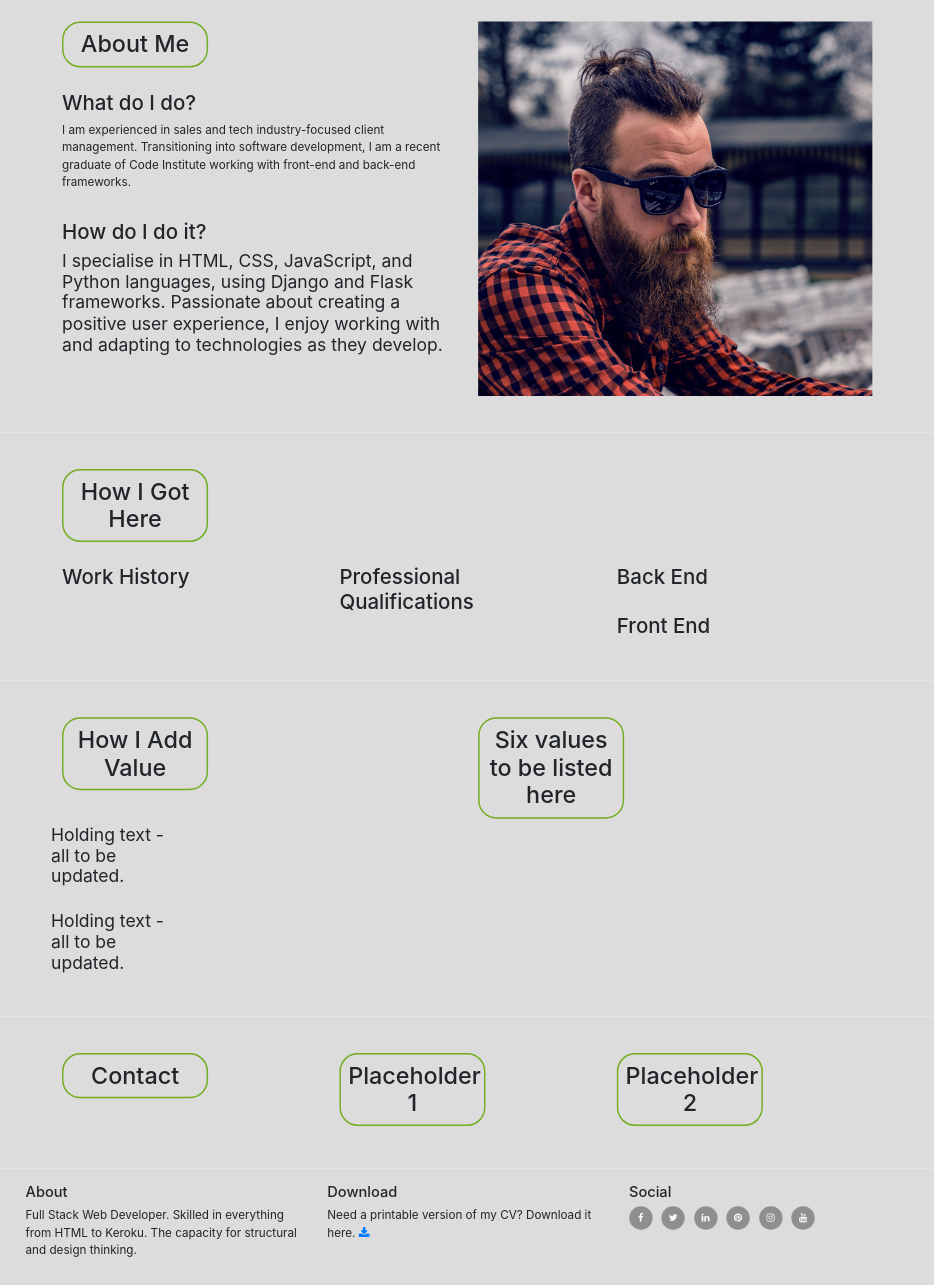
Repository: tenerim/first-milestone
Page: index.html
The author's editor kept a record of every edit. The page is drawn from the files as they stood at one moment, then again after the next edit.
The browser window is 1280 px wide. The pictures show the part of the page from y = 1257 to 3018 px (the page is 3018 px tall), at 73% of full size.
A picture or video elsewhere on the page could not be fetched, so the positions and the page height are approximate.

Above is the page before.

### index.html
<!DOCTYPE html>
<html lang="en">

<head>
    <meta charset="UTF-8">
    <meta name="viewport" content="width=device-width, initial-scale=1.0">
    <meta http-equiv="X-UA-Compatible" content="ie=edge">
    <link rel="stylesheet" href="https://stackpath.bootstrapcdn.com/bootstrap/4.3.1/css/bootstrap.min.css" type="text/css" />
    <link href="https://stackpath.bootstrapcdn.com/bootstrap/4.3.1/css/bootstrap.min.css" rel="stylesheet" integrity="sha384-ggOyR0iXCbMQv3Xipma34MD+dH/1fQ784/j6cY/iJTQUOhcWr7x9JvoRxT2MZw1T" crossorigin="anonymous">
    <link rel="stylesheet" href="https://stackpath.bootstrapcdn.com/font-awesome/4.7.0/css/font-awesome.min.css" type="text/css" />
    <link href="https://stackpath.bootstrapcdn.com/font-awesome/4.7.0/css/font-awesome.min.css" rel="stylesheet" integrity="sha384-wvfXpqpZZVQGK6TAh5PVlGOfQNHSoD2xbE+QkPxCAFlNEevoEH3Sl0sibVcOQVnN" crossorigin="anonymous">
    <link rel="stylesheet" href="assets/css/style.css" type="text/css" />
    <title>MT Milestone Project 1</title>

</head>

<body>
    <!-------------------------------------------------------------Intro Page -->
    <header id="welcome-page">

        <!-------------------------------------Navigation Bar------>

        <nav class="navbar navbar-expand-lg navbar-light bg-light">
            <a class="navbar-brand" href="#"></a>
            <button class="navbar-toggler" type="button" data-toggle="collapse" data-target="#navbarNav" aria-controls="navbarNav" aria-expanded="false" aria-label="Toggle navigation">
	    <span class="navbar-toggler-icon"></span>
	  </button>
            <div class="container">
                <div class="collapse navbar-collapse" id="navbarNav">
                    <ul class="navbar-nav .justify-content-center">
                        <li class="nav-item active">
                            <a class="nav-link" href="#">About Me <span class="sr-only">(current)</span></a>
                        </li>
                        <li class="nav-item">
                            <a class="nav-link" href="#">How I Got Here</a>
                        </li>
                        <li class="nav-item">
                            <a class="nav-link" href="#">How I Add Value</a>
                        </li>
                        <li class="nav-item">
                            <a class="nav-link" href="#">Contact</a>
                        </li>
                        <li class="nav-item">
                            <a class="nav-link disabled" href="#" tabindex="-1" aria-disabled="true"></a>
                        </li>
                    </ul>
                </div>
            </div>
        </nav>
        <!-------------------------------------Image and Text ----->

        <img src="images/city.jpg" alt="city" style="width:100%; height:auto;"></img>

        <div class="container-fluid">
            <div class="row">
                <div class="container">
                    <div class="text-right">
                        <h1 class="display-4">Michael Tenerife</h1>
                        <p class="lead">Full Stack Web Developer</p>
                    </div>
                </div>
            </div>
        </div>

    </header>

    <!-------------------------------------------------------------About Me Page -->

    <section id="about-me" ; class="splash" ;>

        <div class="container">
            <div class="row">
                <div class="col-6">
                    <h2 class="headbox">About Me</h2>
                    <br />
                    <h3>What do I do?</h3>
                    <p class="font-weight-normal">I am experienced in sales and tech industry-focused client management. Transitioning into software development, I am a recent graduate of Code Institute working with front-end and back-end frameworks.</p>
                    <br />
                    <h3>How do I do it?</h3>
                    <h4 class="font-weight-normal">I specialise in HTML, CSS, JavaScript, and Python languages, using Django and Flask frameworks. Passionate about creating a positive user experience, I enjoy working with and adapting to technologies as they develop. </h4>
                </div>
                <div class="col-6">
                    <img src="images/guy-image.png" alt="city" style="width:100%; height:auto;"></img>
                </div>
            </div>
        </div>

    </section>

    <!-------------------------------------------------------------How I Got Here -->


    <Section>

        <div class="container">
            <div class="row">
                <div class="col-4">
                    <h2 class="headbox">How I Got Here</h2>
                    <br />
                </div>
            </div>
        </div>

        <div class="container">
            <div class="row">
                <div class="col-4">
                    <h3>Work History</h3>
                </div>
                <div class="col-4">
                    <h3>Professional Qualifications</h3>
                </div>
                <div class="col-4">
                    <h3>Back End</h3>
                    <br />
                    <h3>Front End</h3>
                </div>
            </div>
        </div>

    </Section>

    <!-------------------------------------------------------------How I Add Value -->

    <Section>

        <div class="container">
            <div class="row">
                <div class="col-6">
                    <h2 class="headbox">How I Add Value</h2>
                </div>

                 <div class="col-6">
                    <h2 class="headbox">Six values to be listed here</h2>
                </div>

                <div class="row">
                    <div class="col-6">
                        <h4 class="font-weight-normal">Holding text - all to be updated.</h4>
                        <br />
                        <h4 class="font-weight-normal">Holding text - all to be updated.</h4>
                    </div>
                </div>

            </div>

    </Section>

    <!-------------------------------------------------------------Contact -->

    <Section>

        <div class="container">
            <div class="row">
                <div class="col">
                    <h2 class="headbox">Contact</h2>
                </div>
                <div class="col">
                    <h2 class="headbox">Placeholder 1</h2>
                </div>
                <div class="col">
                    <h2 class="headbox">Placeholder 2</h2>
                </div>
            </div>
        </div>

    </Section>

    <!-------------------------------------------------------------Footer -->


    <footer class="container-fluid">
        <div id="footer-details" class="row">
            <div class="col-sm-4">
                <h5 class="uppercase general-sub">About</h5>
                <p class "inline-block">
                    Full Stack Web Developer. Skilled in everything from HTML to Keroku. The capacity for structural and design thinking.</p>
            </div>
            <div class="col-sm-4">
                <h5 class="uppercase general-sub">Download</h5>
                <p class "inline-block">
                    Need a printable version of my CV? Download it here.
                    <a href="assets/CV/sample-cv.pdf" target="_blank" class="cv-pdf">
                <i class="fa fa-download" aria-hidden="true"></i>
                <span class="sr-only">Download link.</span>
            </a>
                </p>
            </div>
            <div class="col-sm-4">
                <h5 class="uppercase general-sub">Social</h5>
                <ul class="list-inline social-links">
                    <li class="list-inline-item">
                        <a target="_blank" href="#">
                            <i class="fa fa-facebook" aria-hidden="true"></i>
                            <span class="sr-only">Facebook</span>
                        </a>
                    </li>
                    <li class="list-inline-item">
                        <a target="_blank" href="#">
                            <i class="fa fa-twitter" aria-hidden="true"></i>
                            <span class="sr-only">twitter</span>
                        </a>
                    </li>
                    <li class="list-inline-item">
                        <a target="_blank" href="#">
                            <i class="fa fa-linkedin" aria-hidden="true"></i>
                            <span class="sr-only">LinkedIn</span>
                        </a>
                    </li>
                    </li>
                    <li class="list-inline-item">
                        <a target="_blank" href="#">
                            <i class="fa fa-pinterest" aria-hidden="true"></i>
                            <span class="sr-only">Pinterest</span>
                        </a>
                    </li>
                    </li>
                    <li class="list-inline-item">
                        <a target="_blank" href="#">
                            <i class="fa fa-instagram" aria-hidden="true"></i>
                            <span class="sr-only">Instagram</span>
                        </a>
                    </li>
                    </li>
                    <li class="list-inline-item">
                        <a target="_blank" href="#">
                            <i class="fa fa-youtube" aria-hidden="true"></i>
                            <span class="sr-only">YouTube</span>
                        </a>
                    </li>
                </ul>
            </div>
        </div>



    </footer>

</body>

</html>

### assets/css/style.css
.container-fluid {
    background-color: rgb(220, 220, 220);
}

section {
        background-color: rgb(220, 220, 220);
        padding-top: 50px;
        padding-bottom: 50px;
}

.splash {
       background-color: rgb(220, 220, 220);
}


.display-4 {
    padding-top: 50px;
}


.lead {
    padding-bottom: 50px;
}


.headbox {
    border-radius: 25px;
    border: 2px solid #73AD21;
    padding: 10px;
    text-align: center;
    width: 200px;

}



/*--------------------------------------Footer-----*/

.social-links {
    padding-bottom: 15px;
}

.social-links li a i {
    width: 32px;
    height: 32px;
    padding: 12px 0;
    border-radius: 50%;
    font-size: 13px;
    line-height: 7px;
    text-align: center;
    color: #fafafa;
    background: #8f8f8f;
    transition: all 0.35s ease-in-out;
    -moz-transition: all 0.35s ease-in-out;
    -webkit-transition: all 0.35s ease-in-out;
    -o-transition: all 0.35s ease-in-out;
}

.social-links li a i:hover {
    background: #e84610;
}

#footer-details {
    padding: 20px;
}

After the next edit:
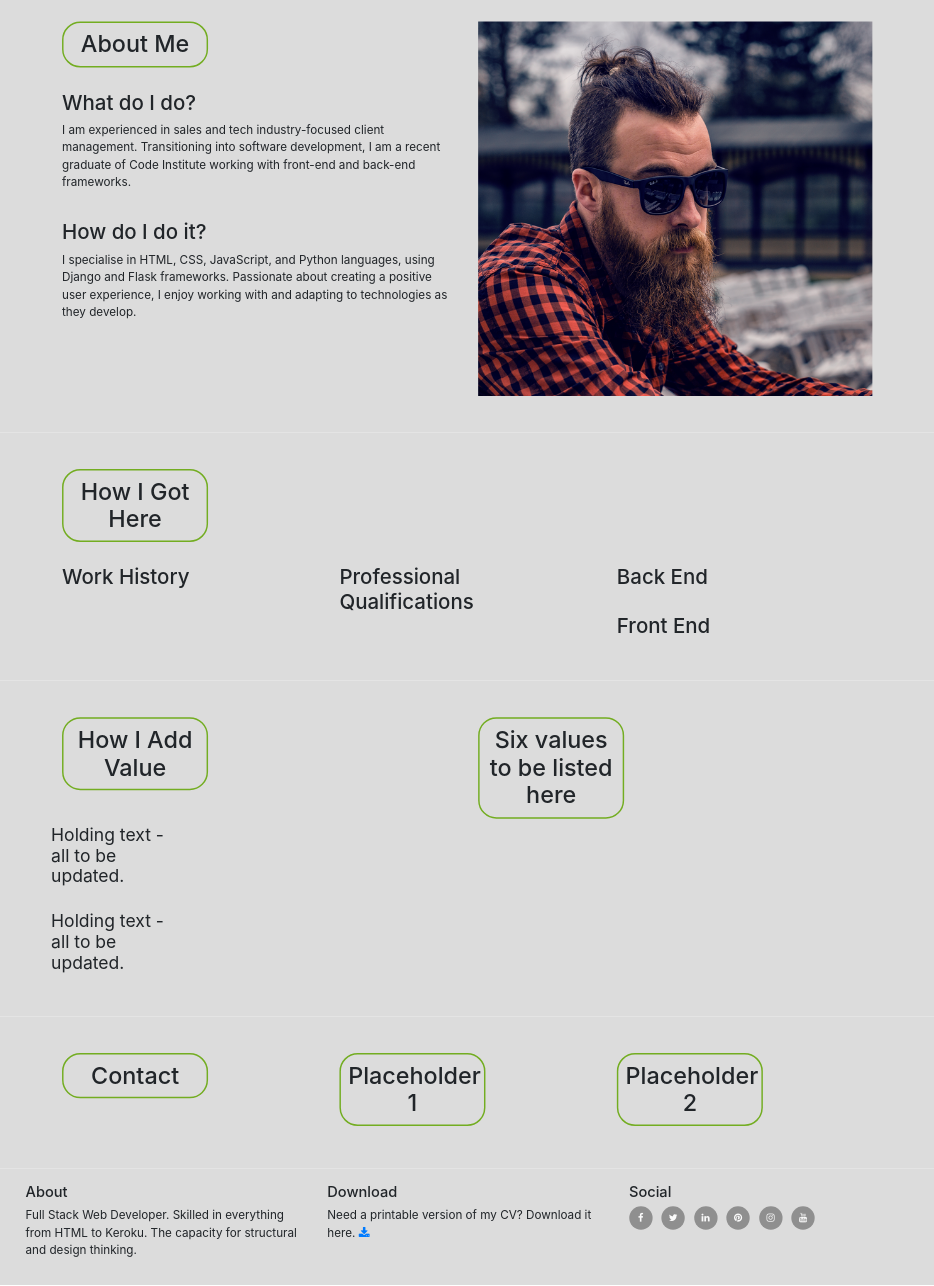
The edit:
--- a/index.html
+++ b/index.html
@@ -77,7 +77,7 @@
                     <p class="font-weight-normal">I am experienced in sales and tech industry-focused client management. Transitioning into software development, I am a recent graduate of Code Institute working with front-end and back-end frameworks.</p>
                     <br />
                     <h3>How do I do it?</h3>
-                    <h4 class="font-weight-normal">I specialise in HTML, CSS, JavaScript, and Python languages, using Django and Flask frameworks. Passionate about creating a positive user experience, I enjoy working with and adapting to technologies as they develop. </h4>
+                    <p class="font-weight-normal">I specialise in HTML, CSS, JavaScript, and Python languages, using Django and Flask frameworks. Passionate about creating a positive user experience, I enjoy working with and adapting to technologies as they develop. </p>
                 </div>
                 <div class="col-6">
                     <img src="images/guy-image.png" alt="city" style="width:100%; height:auto;"></img>
